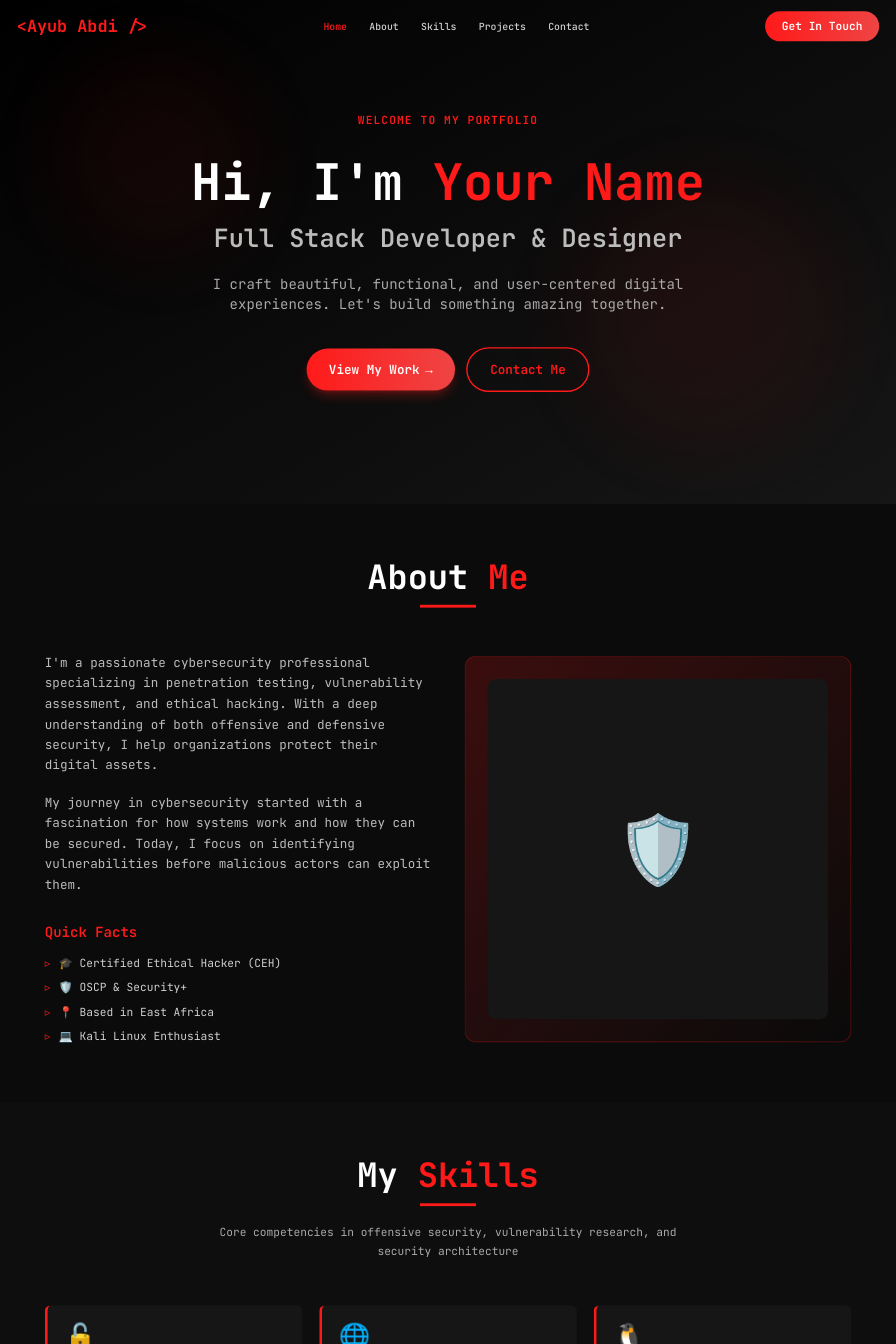
Repository: Eyub-Abdi/portfolio
Page: /
An editor plug-in stored every save of this project. The page is shown before and after the next save, followed by the edit.
The browser window is 1280 px wide. The pictures show the part of the page from y = 0 to 1920 px (the page is 5032 px tall), at 70% of full size.
The project was rebuilt for these pictures with package versions that can differ from the ones it lists, and the page was loaded fresh each time. Also part of the build but not shown: vite.config.ts.

Above is the page before, as saved 2025-12-02 11:25:00.

After the next save:
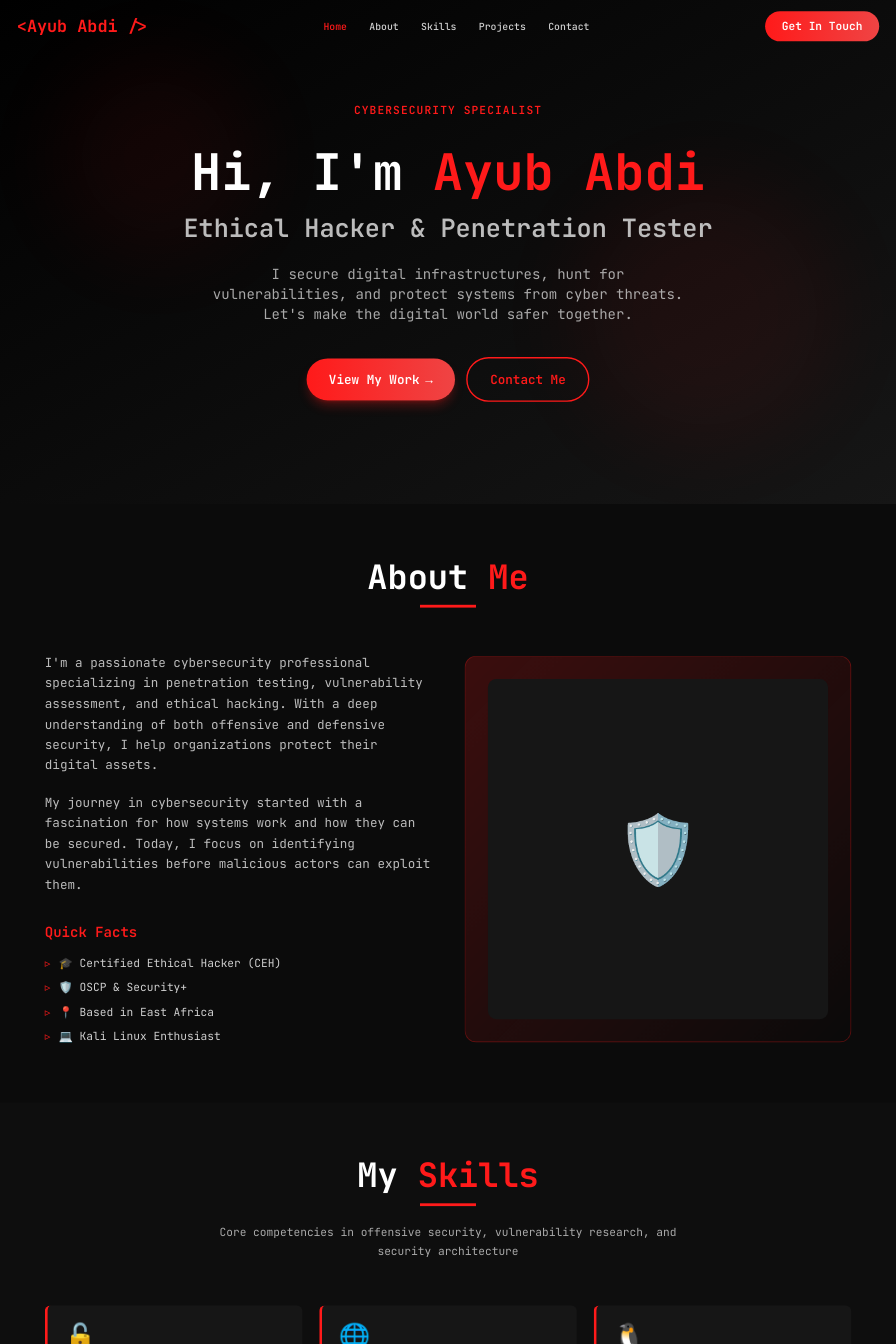
Saved 37 s later.
--- a/src/App.tsx
+++ b/src/App.tsx
@@ -126,16 +126,23 @@ function App() {
 
         <div className="relative z-10 text-center max-w-4xl mx-auto">
           <div className="mb-6 overflow-hidden">
-            <p className="text-red-terminal text-sm md:text-base font-semibold uppercase tracking-widest mb-4 animate-fade-in">Welcome to My Portfolio</p>
+            <p className="text-red-terminal text-sm md:text-base font-semibold uppercase tracking-widest mb-4 animate-fade-in">
+              Cybersecurity Specialist
+            </p>
           </div>
 
           <h1 className="text-5xl md:text-7xl font-bold text-white mb-6 leading-tight">
-            Hi, I'm <span className="text-red-terminal">Your Name</span>
+            Hi, I'm <span className="text-red-terminal">Ayub Abdi</span>
           </h1>
 
-          <h2 className="text-2xl md:text-4xl font-semibold text-gray-text/90 mb-8">Full Stack Developer & Designer</h2>
-
-          <p className="text-lg md:text-xl text-gray-text/80 max-w-2xl mx-auto mb-12 leading-relaxed">I craft beautiful, functional, and user-centered digital experiences. Let's build something amazing together.</p>
+          <h2 className="text-2xl md:text-4xl font-semibold text-gray-text/90 mb-8">
+            Ethical Hacker & Penetration Tester
+          </h2>
+
+          <p className="text-lg md:text-xl text-gray-text/80 max-w-2xl mx-auto mb-12 leading-relaxed">
+            I secure digital infrastructures, hunt for vulnerabilities, and protect systems from cyber threats.
+            Let's make the digital world safer together.
+          </p>
 
           <div className="flex flex-col sm:flex-row gap-4 justify-center items-center">
             <a
